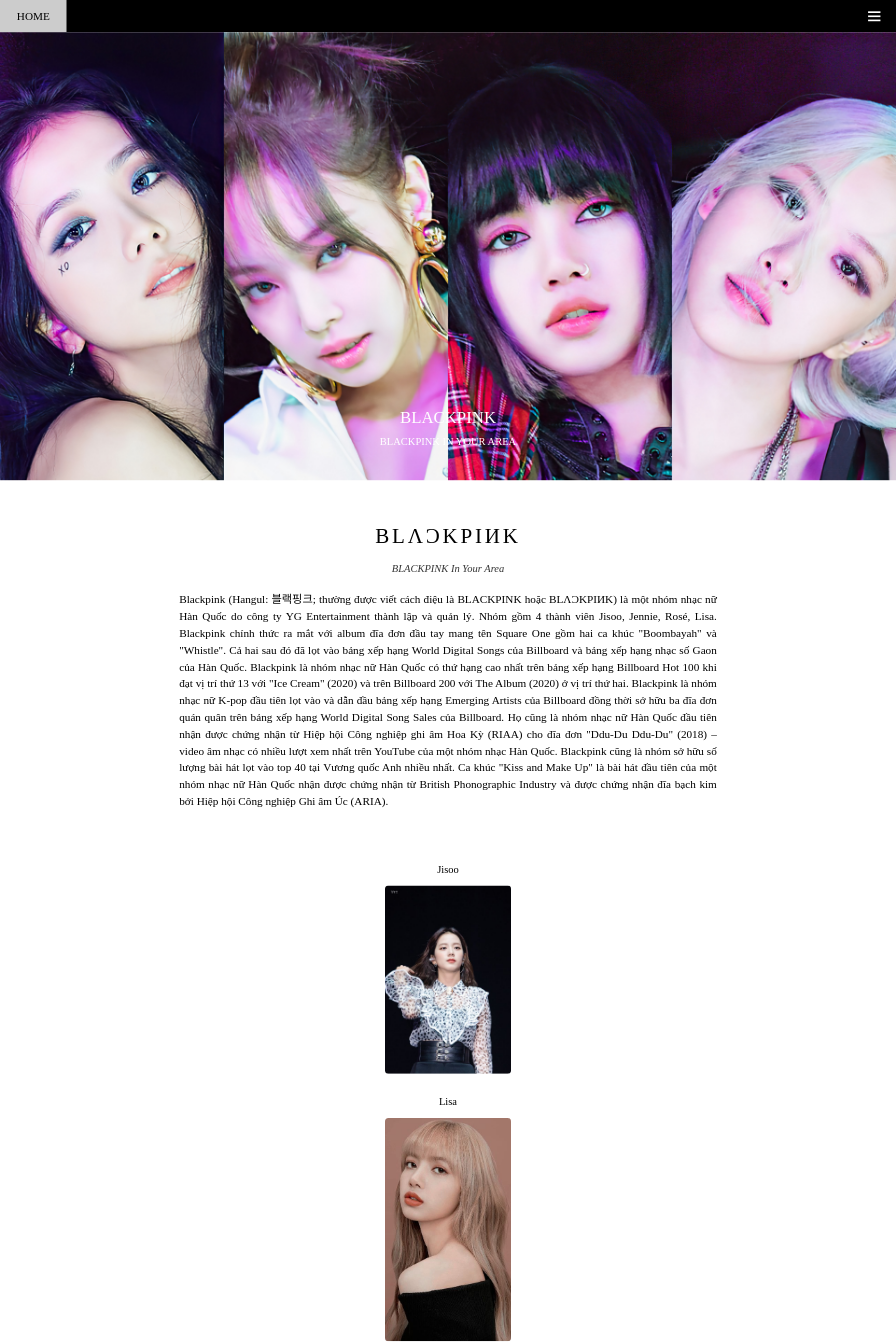
Repository: vanntrong/w3_band
Page: index.html
These files come from the project's save history. The page is drawn as it stood at one moment and after the next save; the edit follows.
The browser window is 1280 px wide. The pictures show the part of the page from y = 0 to 1920 px (the page is 6828 px tall before and 3758 px after), at 70% of full size.

Above is the page before, as saved 2021-08-27 20:52:22.

### index.html
<!DOCTYPE html>
<html lang="en">
  <head>
    <meta charset="UTF-8" />
    <meta http-equiv="X-UA-Compatible" content="IE=edge" />
    <meta name="viewport" content="width=device-width, initial-scale=1.0" />
    <title>BLΛƆKPIИK</title>
    <link rel="stylesheet" href="./assest/css/reset.css" />
    <link rel="stylesheet" href="./assest/css/index.css" />
    <link rel="stylesheet" href="./assest/css/responsive.css" />
    <link rel="stylesheet" href="./assest/font/themify-icons-font/themify-icons/themify-icons.css" />
    <link rel="stylesheet" href="./script/script.js" />
  </head>
  <body>
    <div id="main">
      <div id="header">
        <!-- Begin: nav -->
        <ul id="nav">
          <li><a href="#">Home</a></li>
          <li><a href="#about">Band</a></li>
          <li><a href="#tour">Tour</a></li>
          <li><a href="#contact">Contact</a></li>
          <li>
            <a href="#">
              More
              <i class="nav-arrow-down ti-angle-down"></i>
            </a>
            <ul class="subnav">
              <li><a href="#">Merchandise</a></li>
              <li><a href="#">Extras</a></li>
              <li><a href="#">Media</a></li>
            </ul>
          </li>
        </ul>
        <!-- End: nav -->

        <!-- Begin: Search button -->
        <div class="search-btn">
          <i class="search-icon ti-search"></i>
        </div>
        <!-- End: Search button -->

        <!-- Begin: mobile menu -->
        <div id="mobile-menu" class="mobile-menu-btn">
          <i class="menu-icon ti-menu"></i>
        </div>
        <!-- End: mobile menu -->
      </div>

      <div id="slider">
        <div class="text-content">
          <h2 class="text-heading">BLACKPINK</h2>
          <div class="text-description">BLACKPINK IN YOUR AREA</div>
        </div>
      </div>

      <div id="content">
        <div class="about-section">
          <!-- About section -->
          <div class="content-section" id="about">
            <a href="https://www.instagram.com/blackpinkofficial/" target="blank"
              ><h2 class="section-heading">BLΛƆKPIИK</h2></a
            >
            <p class="section-sub-heading">BLACKPINK In Your Area</p>
            <p class="about-text">
              Blackpink (Hangul: 블랙핑크; thường được viết cách điệu là BLACKPINK hoặc BLΛƆKPIИK) là một nhóm nhạc nữ
              Hàn Quốc do công ty YG Entertainment thành lập và quản lý. Nhóm gồm 4 thành viên Jisoo, Jennie, Rosé,
              Lisa. Blackpink chính thức ra mắt với album đĩa đơn đầu tay mang tên Square One gồm hai ca khúc
              "Boombayah" và "Whistle". Cả hai sau đó đã lọt vào bảng xếp hạng World Digital Songs của Billboard và bảng
              xếp hạng nhạc số Gaon của Hàn Quốc. Blackpink là nhóm nhạc nữ Hàn Quốc có thứ hạng cao nhất trên bảng xếp
              hạng Billboard Hot 100 khi đạt vị trí thứ 13 với "Ice Cream" (2020) và trên Billboard 200 với The Album
              (2020) ở vị trí thứ hai. Blackpink là nhóm nhạc nữ K-pop đầu tiên lọt vào và dẫn đầu bảng xếp hạng
              Emerging Artists của Billboard đồng thời sở hữu ba đĩa đơn quán quân trên bảng xếp hạng World Digital Song
              Sales của Billboard. Họ cũng là nhóm nhạc nữ Hàn Quốc đầu tiên nhận được chứng nhận từ Hiệp hội Công
              nghiệp ghi âm Hoa Kỳ (RIAA) cho đĩa đơn "Ddu-Du Ddu-Du" (2018) – video âm nhạc có nhiều lượt xem nhất trên
              YouTube của một nhóm nhạc Hàn Quốc. Blackpink cũng là nhóm sở hữu số lượng bài hát lọt vào top 40 tại
              Vương quốc Anh nhiều nhất. Ca khúc "Kiss and Make Up" là bài hát đầu tiên của một nhóm nhạc nữ Hàn Quốc
              nhận được chứng nhận từ British Phonographic Industry và được chứng nhận đĩa bạch kim bởi Hiệp hội Công
              nghiệp Ghi âm Úc (ARIA).
            </p>
            <div class="member-list">
              <div class="member-item">
                <a href="https://www.instagram.com/sooyaaa__/" target="blank"><p class="member-name">Jisoo</p></a>
                <a href="https://www.instagram.com/sooyaaa__/" target="blank"
                  ><img src="./assest/img/team/jisoo/jisoo.jpg" alt="Image-of-Jisoo" class="member-img"
                /></a>
              </div>
              <div class="member-item">
                <a href="https://www.instagram.com/lalalalisa_m/" target="blank"><p class="member-name">Lisa</p></a>
                <a href="https://www.instagram.com/lalalalisa_m/" target="blank"
                  ><img src="./assest/img/team/lisa/lisa.jpg" alt="Image of Jisoo" class="member-img"
                /></a>
              </div>
              <div class="member-item">
                <a href="https://www.instagram.com/roses_are_rosie/" target="blank"><p class="member-name">Rosé</p></a>
                <a href="https://www.instagram.com/roses_are_rosie/" target="blank"
                  ><img src="./assest/img/team/rose/rose.jpg" alt="Image of Jisoo" class="member-img"
                /></a>
              </div>
              <div class="member-item">
                <a href="https://www.instagram.com/jennierubyjane/" target="blank"><p class="member-name">Jennie</p></a>
                <a href="https://www.instagram.com/jennierubyjane/" target="blank"
                  ><img src="./assest/img/team/jennie/jennie.jpg" alt="Image of Jisoo" class="member-img"
                /></a>
              </div>
            </div>
          </div>
        </div>
        <div class="tour-section">
          <!-- tour section -->
          <div id="tour" class="content-section">
            <h2 class="section-heading text-white">TOUR DATES</h2>
            <p class="section-sub-heading text-white">Remember to book your tickets!</p>

            <ul class="ticket-list">
              <li>September <span class="sold-out">Sold out</span></li>
              <li>October <span class="sold-out">Sold out</span></li>
              <li>November <span class="quantity">3</span></li>
            </ul>

            <!-- places -->
            <div class="places-list">
              <div class="place-item">
                <img src="./assest/img/places/newyork.jpg" alt="New York" class="place-img" />
                <div class="place-body">
                  <h3 class="place-heading">New York</h3>
                  <p class="place-time">Fri 27 Nov 2016</p>
                  <p class="place-desc text-black">Praesent tincidunt sed tellus ut rutrum sed vitae justo.</p>
                  <button class="place-buy-btn js-buy-ticket">Buy Tickets</button>
                </div>
              </div>
              <div class="place-item">
                <img src="./assest/img/places/paris.jpg" alt="Paris" class="place-img" />
                <div class="place-body">
                  <h3 class="place-heading">Paris</h3>
                  <p class="place-time">Sat 28 Nov 2016</p>
                  <p class="place-desc text-black">Praesent tincidunt sed tellus ut rutrum sed vitae justo.</p>
                  <button class="place-buy-btn js-buy-ticket">Buy Tickets</button>
                </div>
              </div>
              <div class="place-item">
                <img src="./assest/img/places/sanfran.jpg" alt="San Francisco" class="place-img" />
                <div class="place-body">
                  <h3 class="place-heading">San Francisco</h3>
                  <p class="place-time">Sun 29 Nov 2016</p>
                  <p class="place-desc text-black">Praesent tincidunt sed tellus ut rutrum sed vitae justo.</p>
                  <button class="place-buy-btn js-buy-ticket">Buy Tickets</button>
                </div>
              </div>
              <div class="clear"></div>
            </div>
          </div>
        </div>

        <!-- begin: contact section -->
        <div id="contact" class="content-section">
          <h2 class="section-heading text-black">CONTACT</h2>
          <p class="section-sub-heading text-black">Fan? Drop a note!</p>

          <div class="row contact-content">
            <div class="col col-half s-col-full contact-info">
              <p><i class="ti-location-pin"></i>Long An, Viet Nam</p>
              <p><i class="ti-mobile"></i>Phone: +84 377986844</p>
              <p><i class="ti-email"></i>Email: vantrongbrv@gmail.com</p>
            </div>

            <div class="col col-half s-col-full contact-form">
              <form action="">
                <div class="row">
                  <div class="col col-half">
                    <input type="text" name="" placeholder="Name" required id="" class="form-control" />
                  </div>

                  <div class="col col-half">
                    <input type="email" name="" placeholder="Email" required id="" class="form-control" />
                  </div>
                </div>
                <div class="row mt-8px">
                  <div class="col col-full">
                    <input type="text" name="" placeholder="Message" required id="" class="form-control" />
                  </div>
                </div>

                <input class="form-submit-btn mt-16px s-full-width" type="submit" value="SEND" />
              </form>
            </div>
          </div>
        </div>
        <!-- end: contact section -->
        <div class="map-section">
          <img class="map-img" src="./assest/img/places/map.jpg" alt="" />
        </div>
      </div>

      <div id="footer">
        <div class="social-list">
          <a target="blank" href="https://www.facebook.com/votrong143/"><i class="ti-facebook"></i></a>
          <a target="blank" href="https://www.instagram.com/va.trogn/"><i class="ti-instagram"></i></a>
          <a target="blank" href="https://github.com/vanntrong"><i class="ti-github"></i></a>
          <a href="#"><i class="ti-pinterest"></i></a>
          <a href="#"><i class="ti-twitter-alt"></i></a>
          <a href="#"><i class="ti-linkedin"></i></a>
        </div>
        <p class="copyright">Powered by <a href="#">VanTrong</a></p>
      </div>
    </div>

    <div class="modal js-modal">
      <div class="modal-container js-modal-container">
        <div class="modal-close js-modal-close">
          <i class="ti-close"></i>
        </div>

        <header class="modal-header">
          <i class="ti-bag"></i>
          Tickets
        </header>

        <div class="modal-body">
          <label for="ticket-quantity" class="modal-label">
            <i class="ti-shopping-cart"></i>
            Tickets, $15 per person
          </label>
          <input id="ticket-quantity" type="text" required class="modal-input" placeholder="How many?" />

          <label for="ticket-email" class="modal-label">
            <i class="ti-user"></i>
            Send To
          </label>
          <input id="ticket-email" type="text" required class="modal-input" placeholder="Enter email" />

          <button id="buy-tickets">
            Pay
            <i class="ti-check"></i>
          </button>
        </div>

        <footer class="modal-footer">
          <p class="modal-help">Need <a href="">help?</a></p>
        </footer>
      </div>
    </div>

    <script>
      const buyBtns = document.querySelectorAll(".js-buy-ticket");
      const modal = document.querySelector(".js-modal");
      const modalClose = document.querySelector(".js-modal-close");
      const modalContainer = document.querySelector(".js-modal-container");

      //show modal buy ticket (add class open to modal)
      function showBuyTicket() {
        modal.classList.add("open");
      }
      //hide modal buy ticket (remove class open to modal)
      function hideBuyTicket() {
        modal.classList.remove("open");
      }

      //lap qua tung the button va nghe hanh vi click
      for (const buyBtn of buyBtns) {
        buyBtn.addEventListener("click", showBuyTicket);
      }

      //click vao dong modal
      modalClose.addEventListener("click", hideBuyTicket);

      //click vao ben ngoai thi thoat modal
      modal.addEventListener("click", hideBuyTicket);

      //fix bug bam vao modal thi bi thoat ra
      modalContainer.addEventListener("click", function (event) {
        event.stopPropagation();
      });

      // Open mobile menu
      var header = document.getElementById("header");
      var mobileMenu = document.getElementById("mobile-menu");
      var headerHeight = header.clientHeight;

      mobileMenu.onclick = function () {
        var isClose = header.clientHeight === headerHeight;
        if (isClose) {
          header.style.height = "auto";
        } else {
          header.style.height = null;
        }
      };

      //auto close menu mobile
      var menuItems = document.querySelectorAll('#nav li a[href*="#"]');
      for (var i = 0; i < menuItems.length; i++) {
        var menuItem = menuItems[i];

        menuItem.onclick = function (event) {
          var isParentMenu = this.nextElementSibling && this.nextElementSibling.classList.contains("subnav");
          if (isParentMenu) {
            event.preventDefault();
          } else {
            header.style.height = null;
          }
        };
      }
    </script>
  </body>
</html>

### assest/css/responsive.css
@media (max-width: 1920px) {
  .s-full-width,
  .s-col-full {
    width: 100% !important;
  }

  #nav {
    display: block;
  }

  #nav li {
    display: block;
  }

  #nav li a {
    padding: 1px 24px;
  }

  #nav .subnav {
    position: inherit;
    background-color: #333;
  }

  #nav .subnav {
    color: #fff;
    padding: 5px 41px;
  }

  #header {
    overflow: hidden;
  }

  #header .search-btn {
    display: none;
  }

  #header .mobile-menu-btn {
    display: block;
  }

  #content .member-item {
    width: 100%;
  }

  #content .member-name {
    margin-top: 30px;
  }

  .place-item {
    width: 100%;
    margin-top: 16px;
  }

  .place-buy-btn {
    width: 100%;
    text-align: center;
  }

  .contact-form {
    margin-top: 16px;
  }
}

Loaded but not shown: assest/css/reset.css (common file); assest/font/themify-icons-font/themify-icons/themify-icons.css (common file); assest/css/index.css (562 lines, source omitted); script/script.js (no stored copy; drawn as an empty file)

After the next save:
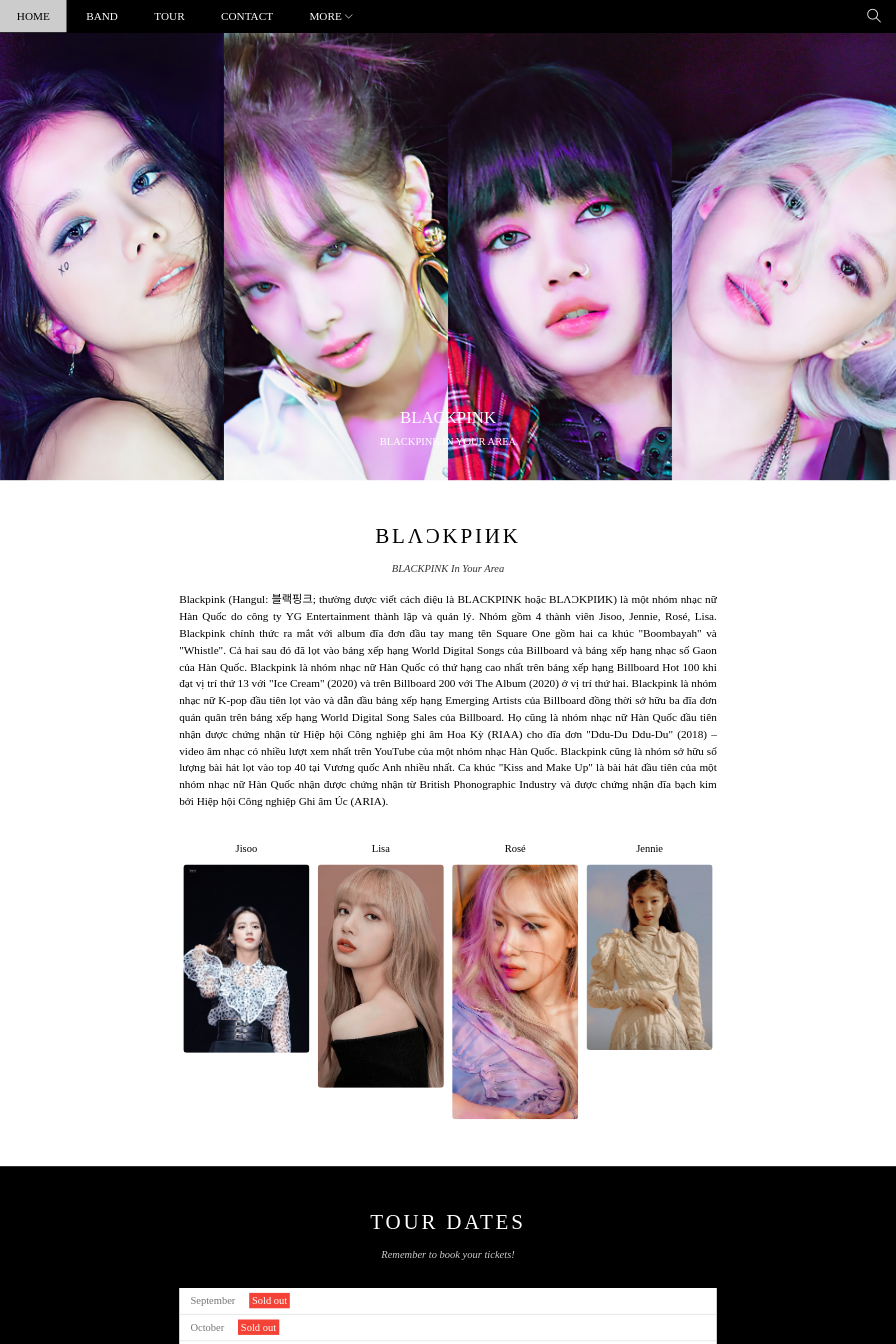
Saved 2 min 14 s later.
--- a/assest/css/responsive.css
+++ b/assest/css/responsive.css
@@ -1,4 +1,4 @@
-@media (max-width: 1920px) {
+@media (max-width: 192px) {
   .s-full-width,
   .s-col-full {
     width: 100% !important;

After the save that followed:
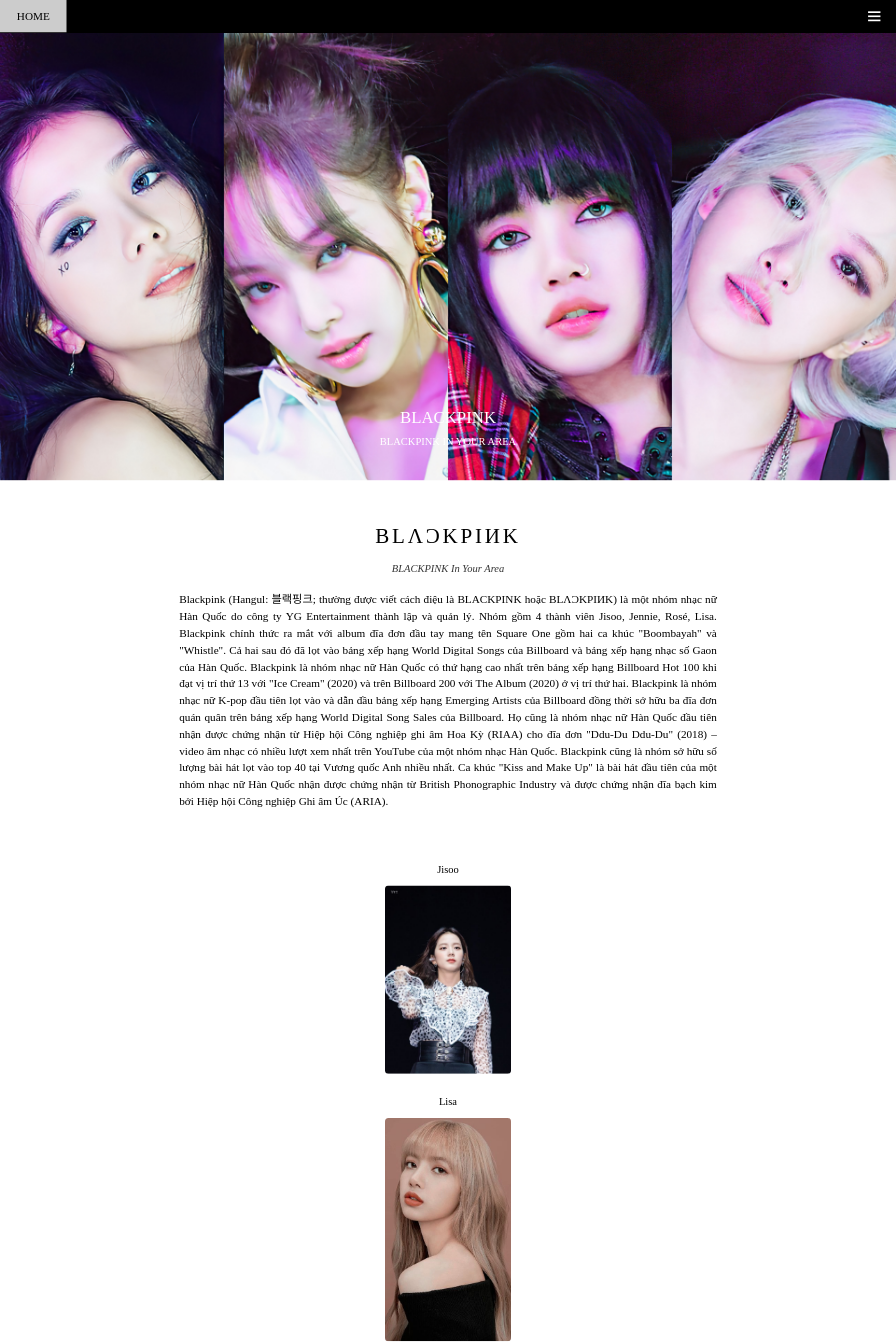
Saved 5 s later.
--- a/assest/css/responsive.css
+++ b/assest/css/responsive.css
@@ -1,4 +1,4 @@
-@media (max-width: 192px) {
+@media (max-width: 1920px) {
   .s-full-width,
   .s-col-full {
     width: 100% !important;
